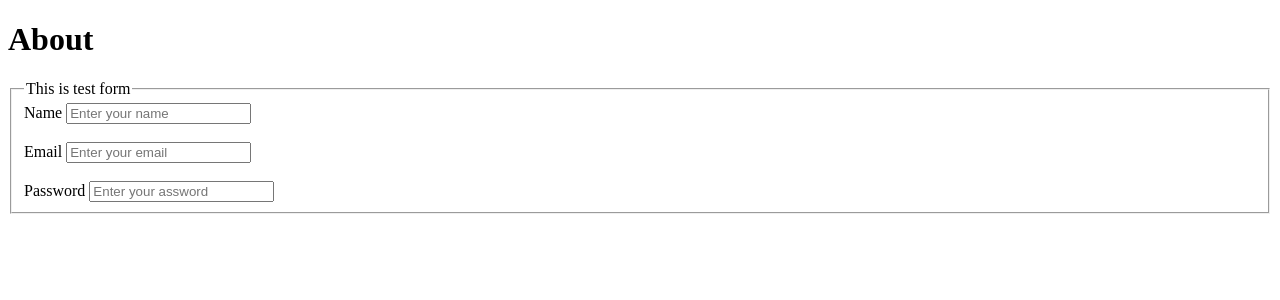
Repository: fisikusari/test-repo
Page: about.html
An editor plug-in stored every save of this project. The page is shown before and after the next save, followed by the edit.
The browser window is 1280 px wide. The pictures show the whole page.

Above is the page before, as saved 2021-11-11 19:01:05.

After the next save:
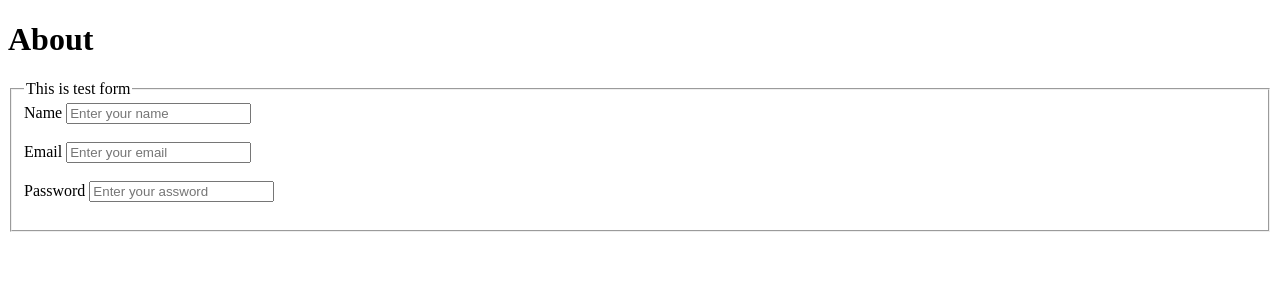
Saved 7 s later.
--- a/about.html
+++ b/about.html
@@ -20,7 +20,7 @@
       <label for="email">Email</label>
       <input type="email" name="email" id="email" placeholder="Enter your email" /><br></br>
       <label for="password">Password</label>
-      <input type="password" name="password" id="password" placeholder="Enter your assword">
+      <input type="password" name="password" id="password" placeholder="Enter your assword"><br><br>
     </fieldset>
     <!--Fieldset Ends here-->
   </form>
